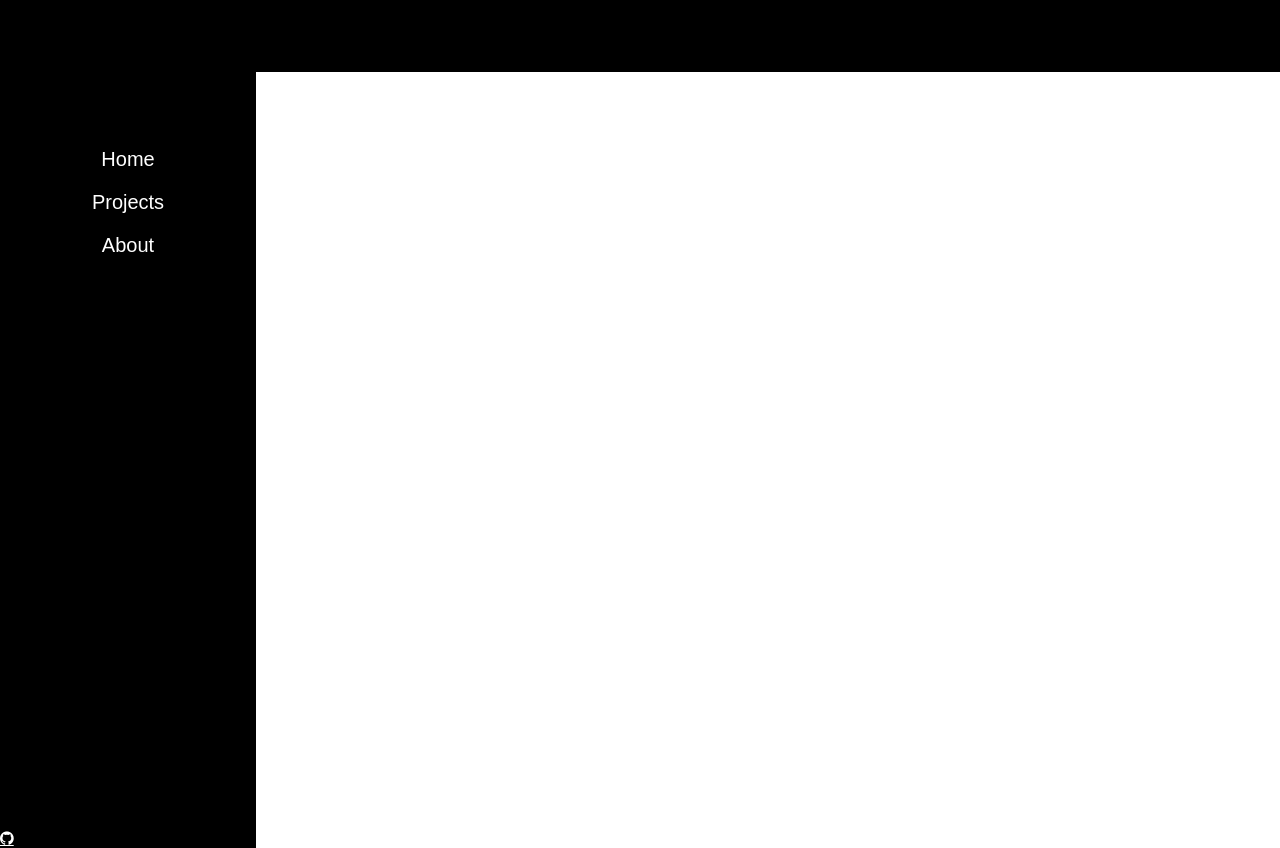
Repository: josephinel6/josephinel6.github.io
Page: index.html
These files come from the project's save history. The page is drawn as it stood at one moment and after the next save; the edit follows.
The browser window is 1280 px wide. The pictures show the whole page.

Above is the page before, as saved 2023-04-04 10:50:18.

After the next save:
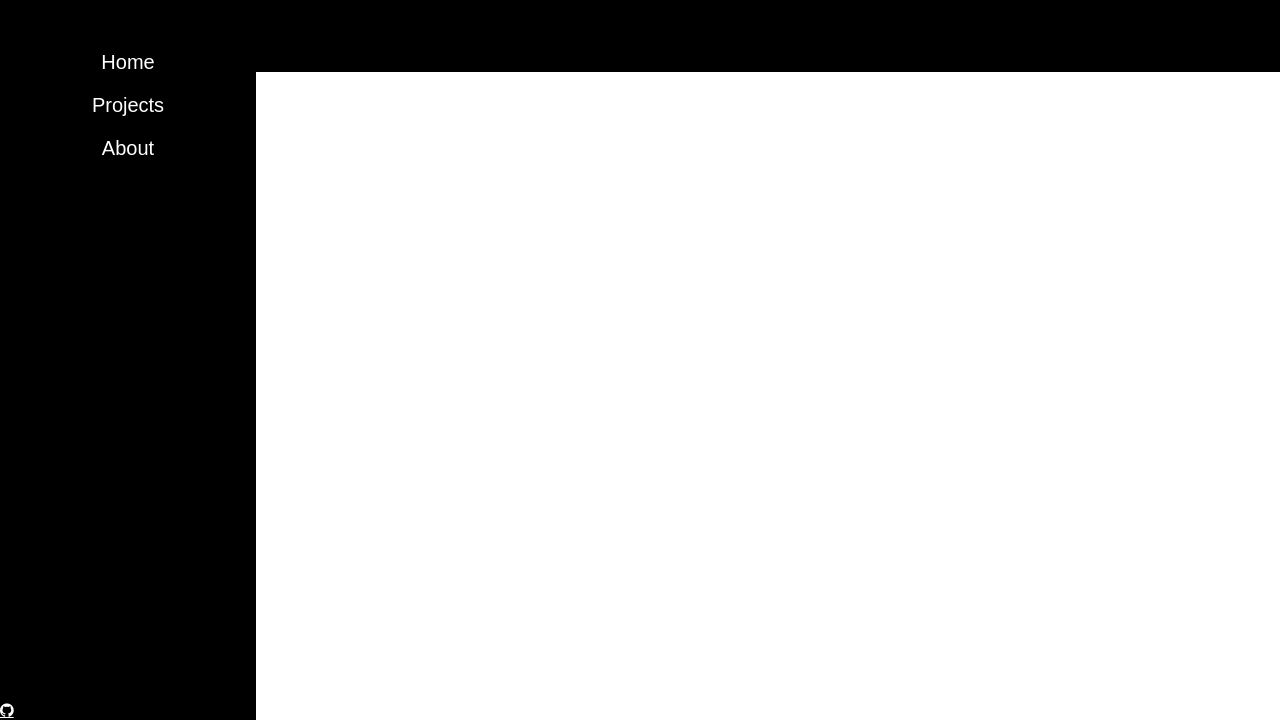
Saved 20 s later.
--- a/index.html
+++ b/index.html
@@ -61,10 +61,10 @@
 </head>
 
 <body>
-    <div id="menu" style="padding-top: 10%">
+    <div id="menu">
         <div>
             <CENTER>
-                <p class="menutext"> Home </p>
+                <p class="menutext" style="margin-top: 20%"> Home </p>
                 <p class="menutext"> Projects </p>
                 <p class="menutext"> About </p>
             </CENTER>
